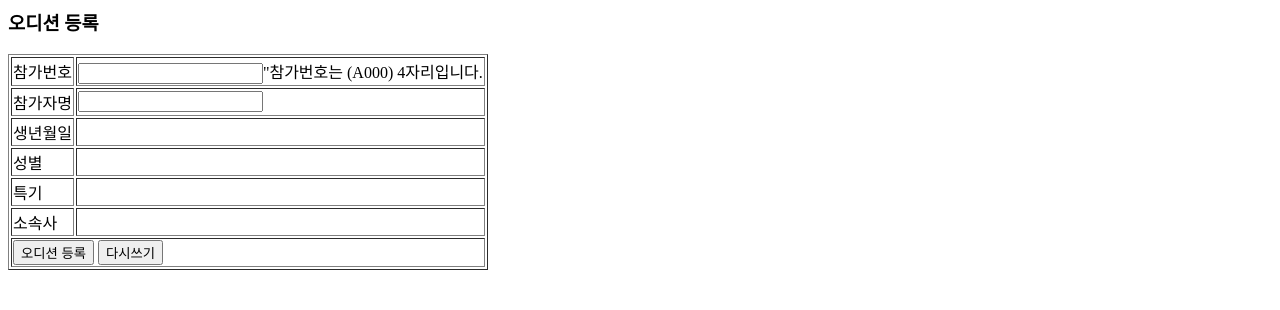
Repository: JQWJ/oudition_jsp
Page: http://localhost/oudition_pro/action/insert_oudition.jsp
An editor plug-in stored every save of this project. The page is shown before and after the next save, followed by the edit.
The browser window is 1280 px wide. The pictures show the whole page.
The page is served by Tomcat 9.

Above is the page before, as saved 2020-12-09 05:24:49.

### oudition_pro/WebContent/action/insert_oudition.jsp
<%@ page language="java" contentType="text/html; charset=UTF-8"
    pageEncoding="UTF-8"%>
<h3>오디션 등록</h3>

<form action="action/insert_oudition">
	<table border="1">
		<tr>
			<td>참가번호</td>
			<td><input type="text" name="artist_id">"참가번호는 (A000) 4자리입니다.</td>
		</tr>
		<tr>
			<td>참가자명</td>
			<td><input type="text" name="artist_name"></td>
		</tr>
		<tr>
			<td>생년월일</td>
			<td></td>
		</tr>
		<tr>
			<td>성별</td>
			<td></td>
		</tr>
		<tr>
			<td>특기</td>
			<td></td>
		</tr>
		<tr>
			<td>소속사</td>
			<td></td>
		</tr>
		<tr>
			<td colspan="2">
				<input type="button" value="오디션 등록">
				<input type="button" value="다시쓰기">
			</td>
		</tr>
	</table>
</form>

After the next save:
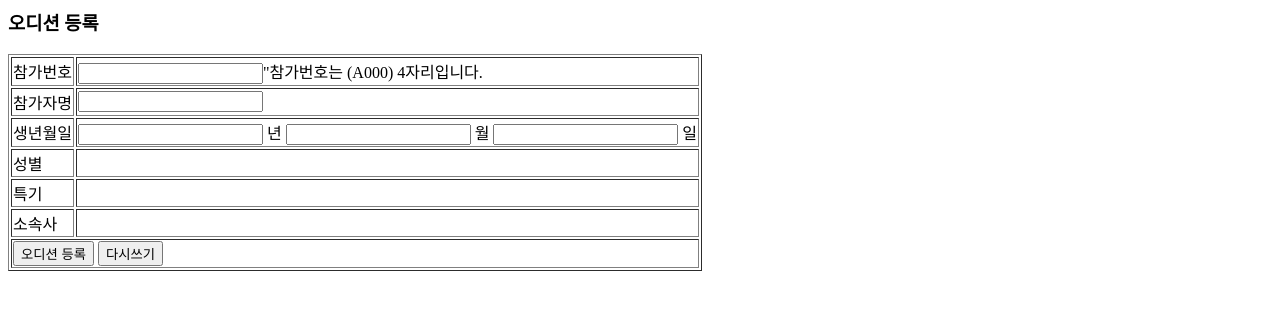
Saved 42 s later.
--- a/oudition_pro/WebContent/action/insert_oudition.jsp
+++ b/oudition_pro/WebContent/action/insert_oudition.jsp
@@ -14,7 +14,11 @@
 		</tr>
 		<tr>
 			<td>생년월일</td>
-			<td></td>
+			<td>
+				<input type="number" name="artist_birth_year"> 년
+				<input type="number" name="artist_birth_month"> 월
+				<input type="number" name="artist_birth_day"> 일
+			</td>
 		</tr>
 		<tr>
 			<td>성별</td>
